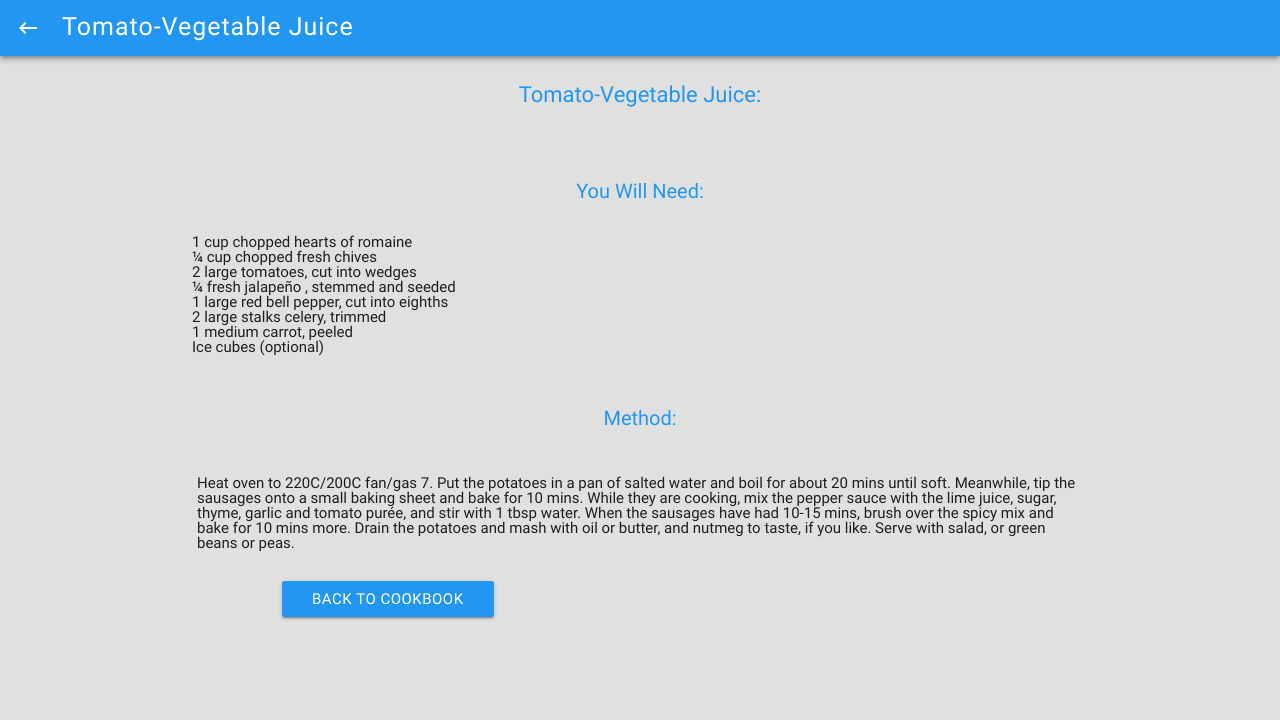
Repository: mattmoloney/vitae-2.0
Page: http://localhost/recipes/drink_recipies/drrecipie1.php
The author's editor kept a record of every edit. The page is drawn from the files as they stood at one moment, then again after the next edit.
The browser window is 1280 px wide. The pictures show the whole page.
The page is run by PHP 8.4 with error messages shown; the project is at /var/www/html/.

Above is the page before.

After the next edit:
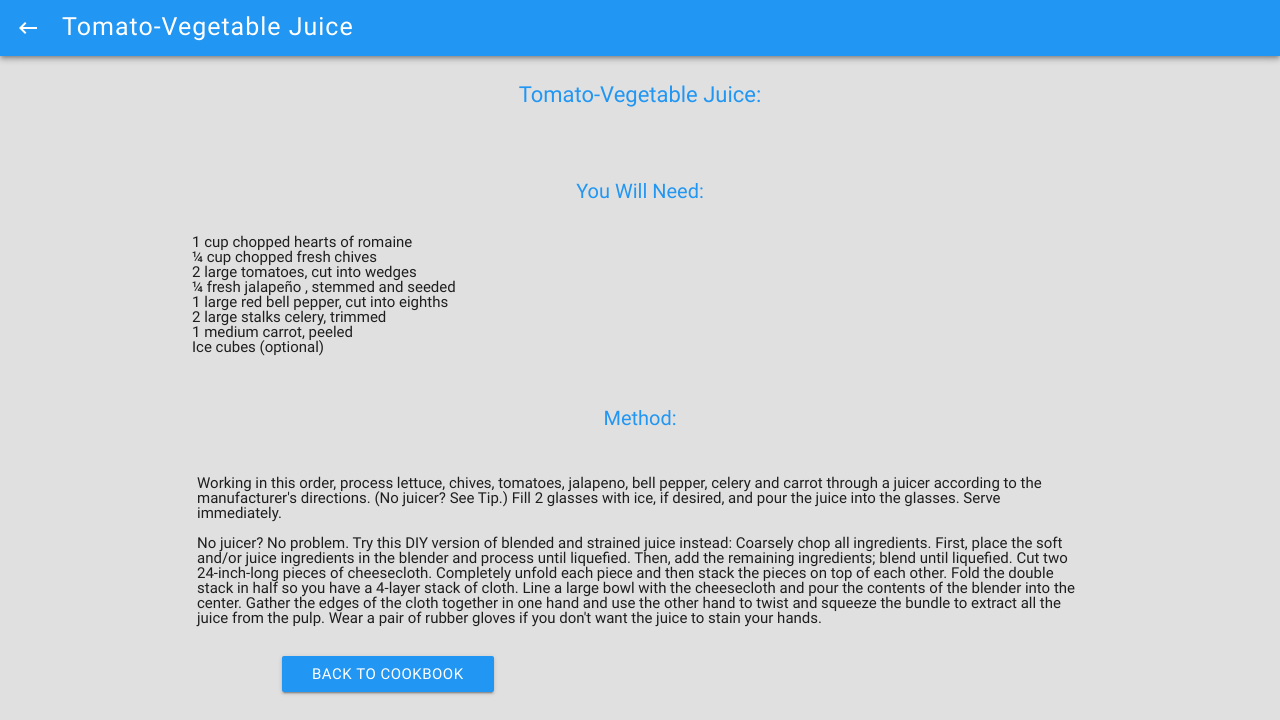
The edit:
--- a/recipes/drink_recipies/drrecipie1.php
+++ b/recipes/drink_recipies/drrecipie1.php
@@ -55,9 +55,11 @@
                 <h3>Method:</h3>
                 <br>
                 <br>
-                <p>Heat oven to 220C/200C fan/gas 7. Put the potatoes in a pan of salted water and boil for about 20 mins until soft.
-Meanwhile, tip the sausages onto a small baking sheet and bake for 10 mins. While they are cooking, mix the pepper sauce with the lime juice, sugar, thyme, garlic and tomato purée, and stir with 1 tbsp water. When the sausages have had 10-15 mins, brush over the spicy mix and bake for 10 mins more.
-Drain the potatoes and mash with oil or butter, and nutmeg to taste, if you like. Serve with salad, or green beans or peas.
+                <p>Working in this order, process lettuce, chives, tomatoes, jalapeno, bell pepper, celery and carrot through a juicer according to the manufacturer's directions. (No juicer? See Tip.)
+Fill 2 glasses with ice, if desired, and pour the juice into the glasses. Serve immediately.
+<br>
+<br>
+No juicer? No problem. Try this DIY version of blended and strained juice instead: Coarsely chop all ingredients. First, place the soft and/or juice ingredients in the blender and process until liquefied. Then, add the remaining ingredients; blend until liquefied. Cut two 24-inch-long pieces of cheesecloth. Completely unfold each piece and then stack the pieces on top of each other. Fold the double stack in half so you have a 4-layer stack of cloth. Line a large bowl with the cheesecloth and pour the contents of the blender into the center. Gather the edges of the cloth together in one hand and use the other hand to twist and squeeze the bundle to extract all the juice from the pulp. Wear a pair of rubber gloves if you don't want the juice to stain your hands.
 </p>
 
                      <a href="../../food.php"><input class="btn" type="submit" name="submit" value="Back to CookBook" style="margin-left: 6em; margin-bottom: 1em; margin-top: 2em;" /></a>
